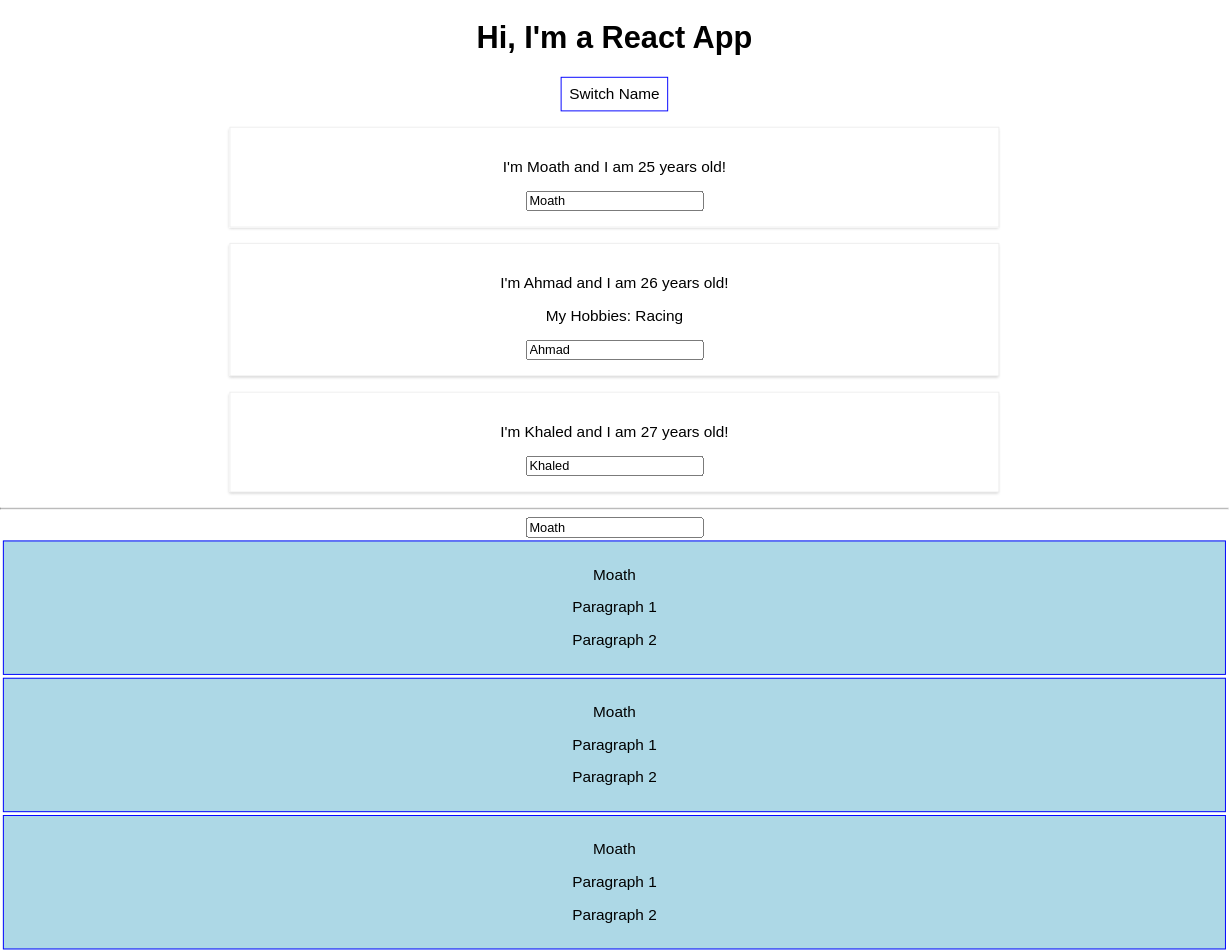
Repository: MuathYHKefayah/React-Basics
Page: /
An editor plug-in stored every save of this project. The page is shown before and after the next save, followed by the edit.
The browser window is 1280 px wide. The pictures show the whole page, at 96% of full size.
The project was rebuilt for these pictures with package versions that can differ from the ones it lists, and the page was loaded fresh each time.

Above is the page before, as saved 2020-12-12 10:17:49.

### src/App.js
import React, { Component } from 'react';
import './App.css';
import Person from './Person/Person';
import UserInput from './UserInput/UserInput';
import UserOutput from './UserOutput/UserOutput';

class App extends Component {
  state = {
     persons: [
       { name:'Moath', age: 25},
       { name:'Ahmad', age: 26},
       { name:'Khaled', age: 27},
     ],
     username: "Moath"
  }

  switchNameHandler  = (newName, newAge) => {
    //Don't Do This: this.state.persons[0].name = "Max";
    this.setState({
      persons: [
        { name:newName, age: 25},
        { name:'Ahmad', age: 26},
        { name:'Khaled', age: newAge},
      ]
    })
  }

  nameChangedHandler = (event) => {
    this.setState({
      persons: [
        { name:'Moath', age: 25},
        { name: event.target.value, age: 26},
        { name:'Khaled', age: 27},
      ]
    })
  }

  usernameChangedHandelr = (event) => {
    this.setState({
      username: event.target.value
    })
  }

  render() {
    const style = {
      backgroundColor: 'white',
      font: 'inherit',
      border: '1px solid blue',
      padding: '8px',
      cursor: 'pointer'
    };

    return (
      // jsx \\ write html code in js file
      <div className="App">
        <h1>Hi, I'm a React App</h1>
        <button
          style={style}
          onClick={() => this.switchNameHandler('Moath!!', 30)}>Switch Name</button>
        <Person name={this.state.persons[0].name} age={this.state.persons[0].age}/>
        <Person
          name={this.state.persons[1].name}
          age={this.state.persons[1].age}
          click={this.switchNameHandler.bind(this, 'Moath!', 40)}
          changed={this.nameChangedHandler}
          >My Hobbies: Racing</Person>
        <Person name={this.state.persons[2].name} age={this.state.persons[2].age}/>
        <hr/>
        <UserInput
          name={this.state.username}
          changed={this.usernameChangedHandelr}/>

        <UserOutput name={this.state.username}/>
        <UserOutput name={this.state.username}/>
        <UserOutput name={this.state.username}/>

      </div>
    );
    //return React.createElement('div', {className: 'App'} , React.createElement('h1', null , 'Hi, I\'m a React App !!!' ))
  }
}

export default App;

### src/Person/Person.js
import React from 'react';
import './Person.css';

const person = (props) => {
    return (
        <div className="Person">
            <p onClick={props.click}>I'm {props.name} and I am {props.age} years old!</p>
            <p>{props.children}</p>
            <input type="text" onChange={props.changed} value={props.name}/>
        </div>
    )
};

export default person;

### src/UserInput/UserInput.js
import React, { Component } from 'react';


class UserInput extends Component{
    render(){
        return(
            <div className="UserInput">
                <input
                    type="text"
                    onChange={this.props.changed}
                    value={this.props.name}/>
            </div>

        );
    }
}

export default UserInput;

### src/UserOutput/UserOutput.js
import React, { Component } from 'react';
import './UserOutput.css'

class UserOutput extends Component {

    render(){
        const style = {
            backgroundColor: 'light-red'
        };
        return(
            <div className="UserOutput">
                <p style={style}>{this.props.name}</p>
                <p>Paragraph 1</p>
                <p>Paragraph 2</p>
            </div>
        );
    }
}

export default UserOutput;

### src/UserOutput/UserOutput.css
.UserOutput{
    border: 1px solid blue;
    padding: 10px;
    background-color: lightblue;
    margin: 3px;
}

Loaded but not shown: public/index.html (common file); src/index.js (common file); src/index.css (common file); src/registerServiceWorker.js (common file); src/App.css (common file); src/Person/Person.css (common file)

After the next save:
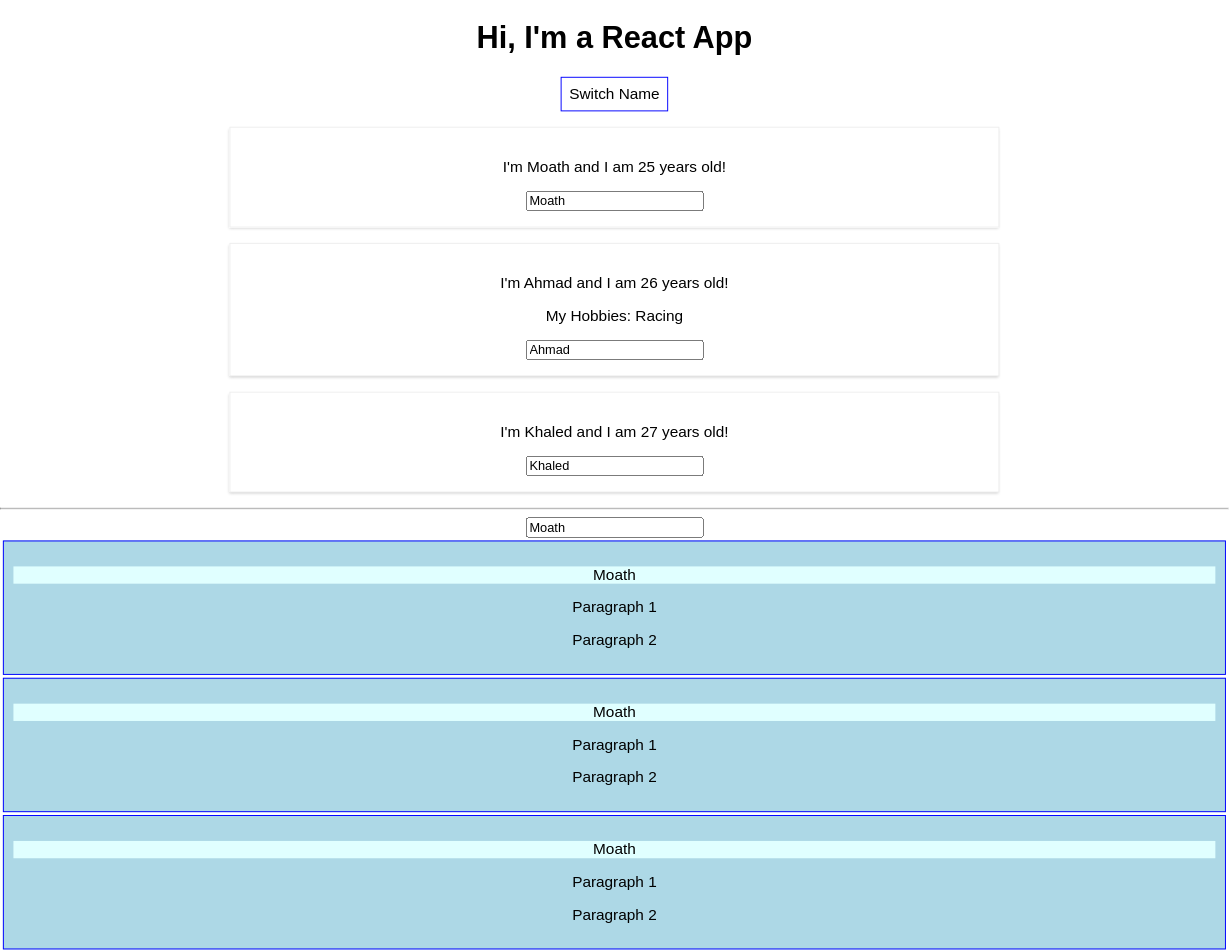
Saved 10 s later.
--- a/src/UserOutput/UserOutput.js
+++ b/src/UserOutput/UserOutput.js
@@ -5,7 +5,7 @@ class UserOutput extends Component {
 
     render(){
         const style = {
-            backgroundColor: 'light-red'
+            backgroundColor: 'lightcyan'
         };
         return(
             <div className="UserOutput">
